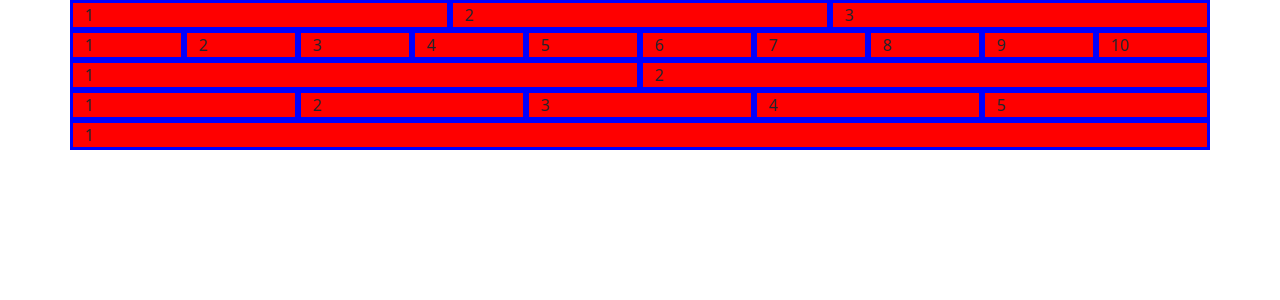
Repository: alexvl06/alexvl06.github.io
Page: index.html
The author's editor kept a copy of each file at every save. The page is drawn from the files as they stood at one save, then again after the next save.
The browser window is 1280 px wide. The pictures show the whole page.

Above is the page before, as saved 2022-07-11 08:21:48.

After the next save:
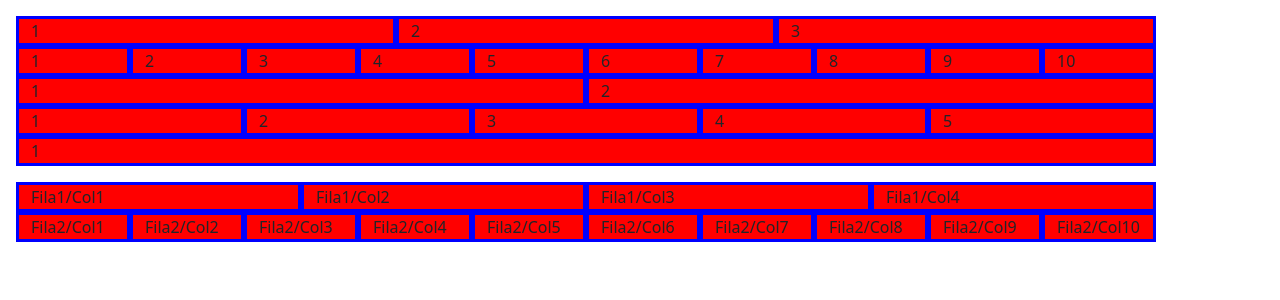
Saved 7 min 11 s later.
--- a/index.html
+++ b/index.html
@@ -12,7 +12,7 @@
     />
   </head>
   <body>
-    <div class="container" style="background: red">
+    <div class="container m-3" style="background: red">
       <div class="row">
         <div class="col" style="border: solid blue">1</div>
         <div class="col" style="border: solid blue">2</div>
@@ -45,6 +45,27 @@
         <div class="col" style="border: solid blue ;">1</div>
       </div>
     </div>
+
+    <div class="container m-3" style="background: red;">
+      <div class="row">
+        <div class="col-6 col-md-3" style="border: solid blue;">Fila1/Col1</div>
+        <div class="col-6 col-md-3" style="border: solid blue;">Fila1/Col2</div>
+        <div class="col-6 col-md-3" style="border: solid blue;">Fila1/Col3</div>
+        <div class="col-6 col-md-3" style="border: solid blue;">Fila1/Col4</div>
+      </div>
+      <div class="row">
+        <div class="col-12 col-md-6 col-lg" style="border: solid blue;">Fila2/Col1</div>
+        <div class="col-12 col-md-6 col-lg" style="border: solid blue;">Fila2/Col2</div>
+        <div class="col-12 col-md-6 col-lg" style="border: solid blue;">Fila2/Col3</div>
+        <div class="col-12 col-md-6 col-lg" style="border: solid blue;">Fila2/Col4</div>
+        <div class="col-12 col-md-6 col-lg" style="border: solid blue;">Fila2/Col5</div>
+        <div class="col-12 col-md-6 col-lg" style="border: solid blue;">Fila2/Col6</div>
+        <div class="col-12 col-md-6 col-lg" style="border: solid blue;">Fila2/Col7</div>
+        <div class="col-12 col-md-6 col-lg" style="border: solid blue;">Fila2/Col8</div>
+        <div class="col-12 col-md-6 col-lg" style="border: solid blue;">Fila2/Col9</div>
+        <div class="col-12 col-md-6 col-lg" style="border: solid blue;">Fila2/Col10</div>
+      </div>
+    </div>
     <script
       src="https://cdn.jsdelivr.net/npm/bootstrap@5.2.0-beta1/dist/js/bootstrap.bundle.min.js"
       integrity="sha384-pprn3073KE6tl6bjs2QrFaJGz5/SUsLqktiwsUTF55Jfv3qYSDhgCecCxMW52nD2"
